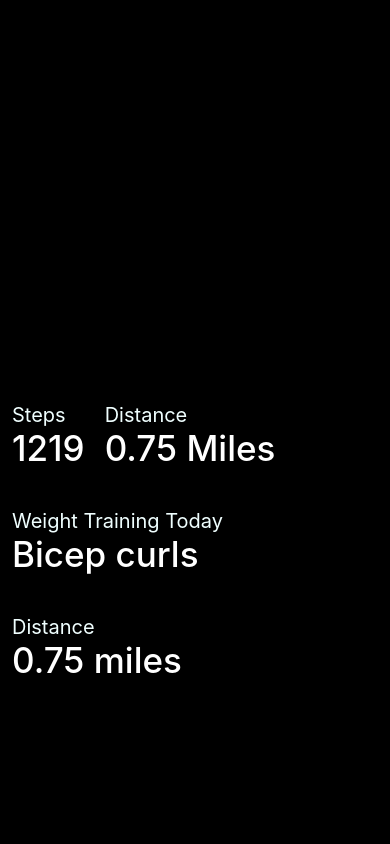
Repository: JamesPesenti/JiMTracker
Screen: /
An editor plug-in stored every save of this project. The screen is shown before and after the next save, followed by the edit.
The app was drawn by React Native's web renderer in a window 390 px wide. The project was rebuilt for these pictures with package versions that can differ from the ones it lists, and the page was loaded fresh each time.

Above is the screen before, as saved 2023-06-16 14:25:25.

After the next save:
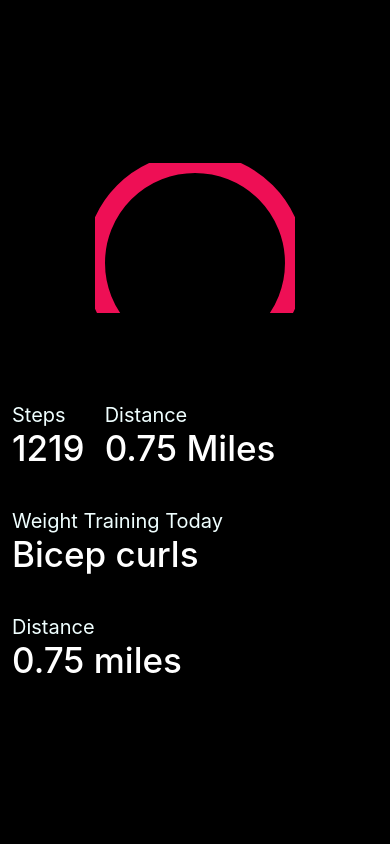
Saved 91 s later.
--- a/src/components/RingProgress.tsx
+++ b/src/components/RingProgress.tsx
@@ -17,7 +17,7 @@ const RingProgress = ({radius = 100, strokeWidth = 20}: RingProgressProps) => {
             cy={radius}
             r={radius}
             strokeWidth={strokeWidth}
-            stroke={"black"}
+            stroke={color}
          />
       </SVG>
     </View>
